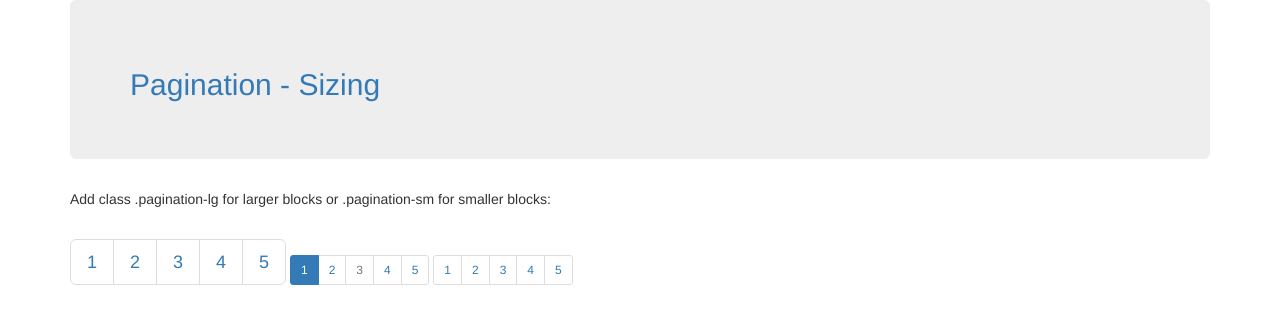
Repository: jksfoTemp/html-css-js
Page: -HTML5/bootstrap/pagination.html
The author's editor kept a record of every edit. The page is drawn from the files as they stood at one moment, then again after the next edit.
The browser window is 1280 px wide. The pictures show the whole page.
Some web libraries are served in a nearby version.

Above is the page before.

After the next edit:
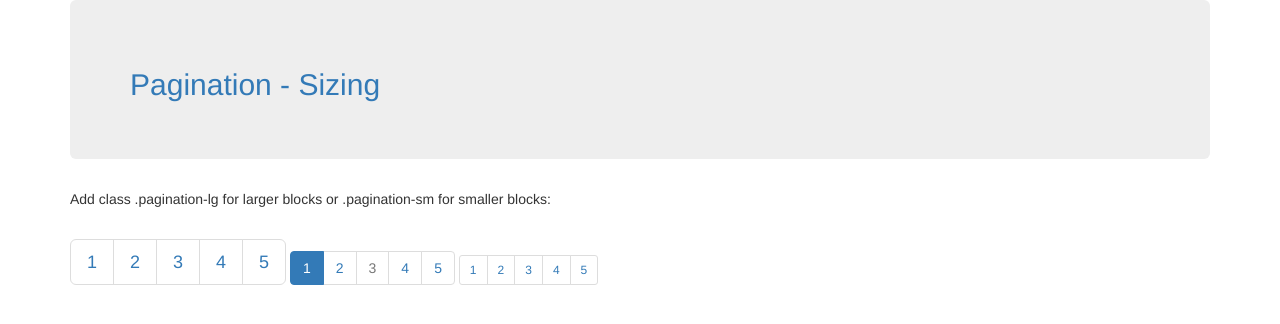
The edit:
--- a/-HTML5/bootstrap/pagination.html
+++ b/-HTML5/bootstrap/pagination.html
@@ -42,7 +42,7 @@
             </li>
         </ul>
 
-        <ul class="pagination pagination-sm">
+        <ul class="pagination">
             <li class="active"><a href="#">1</a>
             </li>
             <li><a href="#">2</a>
